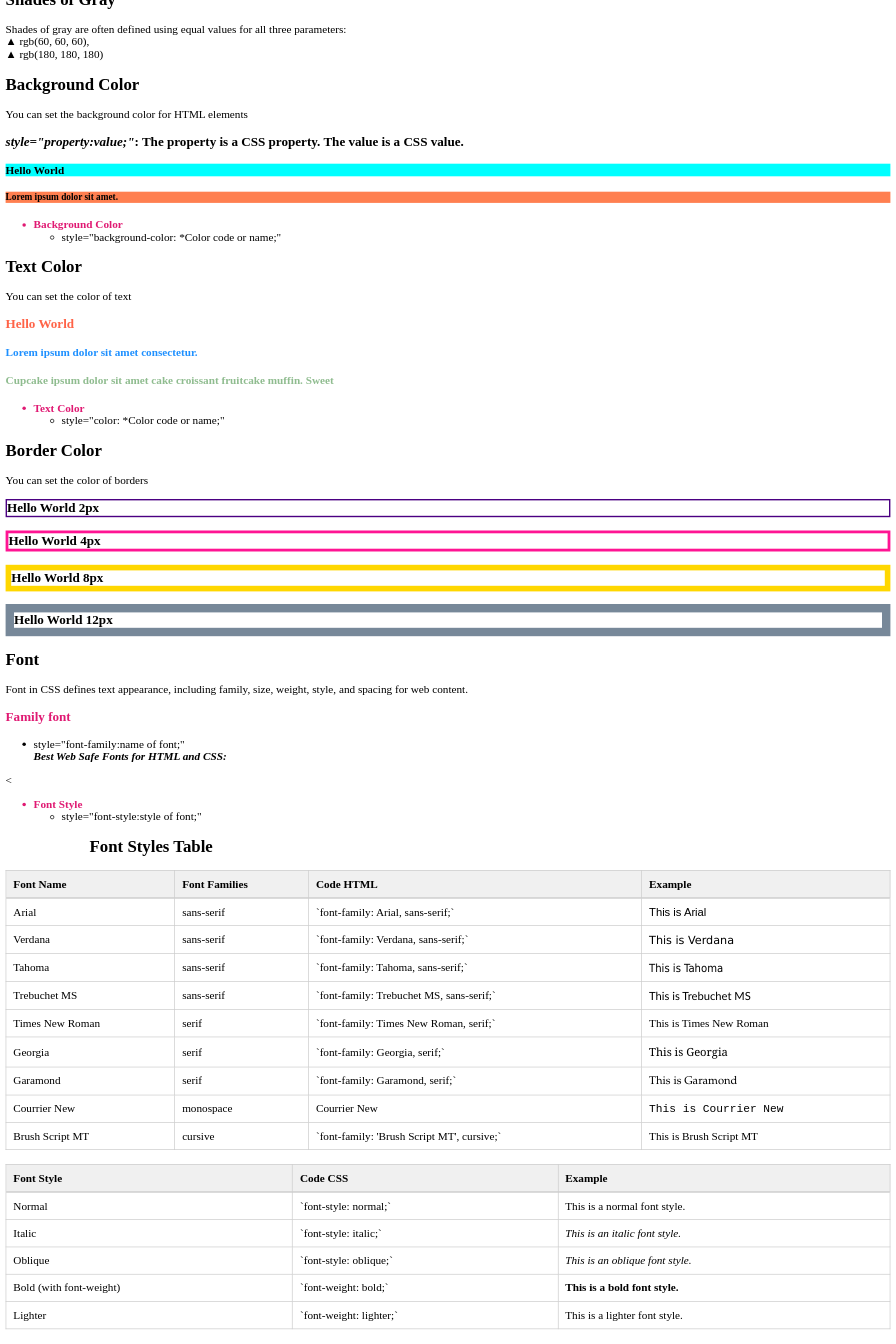
Repository: AnnaSpirit/2025_
Page: Bases/OK/HTML_Text_Formatting.html
The author's editor kept a copy of each file at every save. The page is drawn from the files as they stood at one save, then again after a run of saves.
The browser window is 1280 px wide. The pictures show the part of the page from y = 2097 to 4017 px (the page is 4017 px tall before and 3987 px after), at 70% of full size.

Above is the page before, as saved 2025-01-09 16:35:39.

### Bases/OK/HTML_Text_Formatting.html
<!DOCTYPE html>
<html lang="en">

<head>
    <meta charset="UTF-8">
    <meta name="viewport" content="width=device-width, initial-scale=1.0">
    <title>HTML Text Formatting</title>
    <a href="HTML_Colors.html"></a>
</head>

<body>
    <h1>HTML contains several elements for defining text with a special meaning.</h1>
    <a href="HTML_Colors.html">
        <h2>Go Back: HTML_Colors</h2></a>
    <p>
    <ul>
        <li style="color:red;"> b< - >Bold text &#61 Strong;
            <ul>
                <li style="color:black;"><b>Bold</b> text</li>
            </ul>
        </li><br>
        <li style="color:red;"> strong< - >Important text &#61 Bold
            <ul>
                <li style="color:black;"><strong>Important</strong> text</li>
            </ul>
        </li><br>
        <li style="color:red;"> i< - >Italic text &#61 Emphasized
            <ul>
                <li style="color:black;"><i>Italic</i> text</li>
            </ul>
        </li><br>

        <li style="color:red;">em< - >Emphasized text &#61 Italic
            <ul>
                <li style="color:black;"><em>Emphasized</em> text</li>
            </ul>
        </li><br>
        <li style="color:red;"> u< - >Underlined text &#61 Inserted
            <ul>
                <li style="color:black;"><u>Underlined</u> text</li>
            </ul><br>
        <li style="color:red;">ins< - >Inserted text &#61 Underlined
            <ul>
                <li style="color:black;"><ins>Inserted</ins> text</li>
            </ul><br>
        <li style="color:red;">small< - >Smaller text
            <ul>
                <li style="color:black;"><small>Smaller</small> text</li>
            </ul>
        </li><br>
        <li style="color:red;">del< - >Deleted text &#61 Strikethrough
            <ul>
                <li style="color:black;"><del>Deleted</del> text</li>
            </ul>
        </li><br>
        <li style="color:red;">s< - >strikethrough text &#61 Deleted
            <ul>
                <li style="color:black;"><s>strikethrough</s> text</li>
            </ul>
        </li><br>
        <li style="color:red;"> mark< - >Marked text (Highlighted in yellow)
            <ul>
                <li style="color:black;"><mark>Marked</mark> text</li>
            </ul>
        </li><br>
        <li style="color:red;">sub< - >Subscript text
            <ul>
                <li style="color:black;"><sub>Subscript</sub> text</li>
            </ul>
        </li><br>
        <li style="color:red;">sup< - >Superscript text
            <ul>
                <li style="color:black;"><sup>Superscript</sup> text</li>
            </ul>
        </li>
    </ul>
    </p>
    <hr>
    <p>
    <h1>HTML Quotation and Citation Elements</h1>
    <h3>In this chapter we will go through the blockquote>,q>, abbr>, address>, cite>, and bdo> HTML elements.</h3>
    <ul>
        <li style="color:rgb(49, 169, 49);"> HTML blockquote> for Quotations
            <ul>
                <li style="color: black;">
                    <blockquote cite=" http://www.worldwildlife.org/who/index.html">For 60 years,...</blockquote>
                </li><br>
            </ul>
        <li style="color:rgb(49, 169, 49);"> HTML q> for Short Quotations
            <ul>
                <li style="color: black;"> WWF's goal is to: <q><em>Build a future where people live in harmony with
                            nature.</em></q></li>
            </ul>
        </li><br>
        <li style=" color:rgb(49, 169, 49);">HTML abbr> for Abbreviations
            <ul>
                <li style="color: black;">
                    <p>The <abbr title="World Health Organization">WHO</abbr> was founded in 1948.</p>
                </li>
            </ul>
        </li><br>
        <li style=" color:rgb(49, 169, 49);">HTML address> for Contact Information
            <ul>
                <li style="color: black;">
                    <address>
                        Written by John Doe.<br>
                        Visit us at:<br>
                        Example.com<br>
                        Box 564, Disneyland<br>
                        USA
                    </address>
                </li>
            </ul>
        </li><br>
        <li style=" color:rgb(49, 169, 49);">HTML cite> for Work Title
            <ul>
                <li style="color: black;">
                    <p><cite>The Scream</cite> by Edvard Munch. Painted in 1893.</p>
                </li>
            </ul>
        </li><br>
        <li style=" color:rgb(49, 169, 49);">HTML bdo> for Bi-Directional Override
            <ul>
                <li style="color: black;"><bdo dir="rtl">This text will be written from right to
                        left.</bdo><mark>||</mark>This text will be written from right to left.<br>
                    specific for <b>HEBREW</b> for example</li> <bdo dir="ltr">Left to Right</bdo>=
                LTR<mark>||</mark><bdo dir="rtl">Right to Left</bdo> = RTL
            </ul>
        </li>
    </ul>
    </h1>
    </p>
    <hr>
    <p>
    <h1>HTML_Colors</h1>
    <p>HTML colors are specified with predefined color names, or with RGB, HEX, HSL, RGBA, or HSLA values.</p>
    <a href="HTML_Colors.html">
        <h2>Colors Names</h2>
    </a>
    <p>In HTML, a color can be specified by using a color name</p>

    <h2>Color Values</h2>

    <p>In HTML, colors can also be specified using <b>RGB</b><sub> (value represents RED, GREEN, and BLUE light
            sources)</sub>, <b>HEX</b><sub>(hexadecimal color is specified with: #RRGGBB, where the RR (red), GG (green)
            and BB (blue) hexadecimal integers specify the components of the color.)</sub>, <b>HSL</b><sub> (stands for
            hue, saturation, and lightness.)</sub>, <b>RGBA</b><sub> (value is an extension of RGB with an Alpha channel
            (opacity)).</sub> and <b>HSLA</b><sub> (values are an extension of HSL with an Alpha channel
            (opacity)).</sub><br>

    <p>The following three elements have their background color set with RGB, HEX, and HSL values.<br>
    <h5>Ultramarine Blue</h5>
    <ul>
        <li style="background-color:rgb(77,106,255);">
            <h5>RGB (77,106,255)</h5>
        </li>
        <li style="background-color:#4D6AFF;">
            <h5>HEX #4D6AFF</h5>
        </li>
        <li style="background-color:HSL(230, 100%, 65%);">
            <h5>HSL (230, 100%, 65%)</h5>
        </li>
    </ul>
    <p>The following two elements have their background color set with RGBA and HSLA values, which add an Alpha channel
        to the color (here we have 50% and 20% transparency)</p>
    <ul>
        <li style="background-color:rgba(77,106,255, 0.5);">
            <h5>RGBA (77,106,255, 0.5) </h5>
        </li>
        <li style="background-color:HSL(230, 100%, 65%, 0.2);">
            <h5>HSLA (230, 100%, 65%, 0.2) </h5>
        </li>
    </ul>
    </p>
    <h2>Shades of Gray</h2>
    <p>Shades of gray are often defined using equal values for all three parameters: <br>
        &#9650; rgb(60, 60, 60),<br>
        &#9650; rgb(180, 180, 180)</p>

    <h2>Background Color</h2>

    <p>You can set the background color for HTML elements <br>
    <h3><em>style="property:value;"</em>: The property is a CSS property. The value is a CSS value.</h3>
    <h4 style="background-color:cyan;">Hello World</h4>
    <h5 style="background-color:Coral;">Lorem ipsum dolor sit amet.</h5>
    <ul>
        <li style="color:rgb(224, 26, 115);"><b>Background Color</b></li>
        <ul>
            <li>style="background-color: *Color code or name;"</li>
        </ul></ul>
    </p>

    <h2>Text Color</h2>

    <p>You can set the color of text <br>
    <h3 style="color:Tomato;">Hello World</h3>
    <h4 style="color:DodgerBlue;">Lorem ipsum dolor sit amet consectetur.</h4>
    <h4 style="color:DarkSeaGreen;">Cupcake ipsum dolor sit amet cake croissant fruitcake muffin. Sweet</h4>
    <ul>
        <li style="color:rgb(224, 26, 115);"><b>Text Color</b></li>
    <ul>
        <li>style="color: *Color code or name;"</li>
    </ul></ul>
    </p>

    <h2>Border Color</h2>

    <p>You can set the color of borders <br>
    <h3 style="border:2px solid indigo;">Hello World 2px</h3>
    <h3 style="border:4px solid DeepPink;">Hello World 4px</h3>
    <h3 style="border:8px solid Gold;">Hello World 8px</h3>
    <h3 style="border:12px solid LightSlateGrey;">Hello World 12px</h3>
    </p>

    <h2>Font</h2>

    <p>Font in CSS defines text appearance, including family, size, weight, style, and spacing for web content.<br>
        <h3 style="color:rgb(224, 26, 115);">Family font</font></h3>
    <ul>
        <li>style="font-family:name of font;"<br><em><b>Best Web Safe Fonts for HTML and CSS: </em></b></li>
    </ul>

    <table style="width: 100%; border-collapse: collapse; text-align: left; margin: 20px 0;">
        <thead>
            <tr style="background-color: #f0f0f0; border-bottom: 2px solid #ccc;">
                <th style="padding: 10px; border: 1px solid #ccc;">Font Name</th>
                <th style="padding: 10px; border: 1px solid #ccc;">Font Families</th>
                <th style="padding: 10px; border: 1px solid #ccc;">Code HTML</th>
                <th style="padding: 10px; border: 1px solid #ccc;">Example</th>
            </tr>
        </thead>
        <tbody>
            <tr>
                <td style="padding: 10px; border: 1px solid #ccc;">Arial</td>
                <td style="padding: 10px; border: 1px solid #ccc;">sans-serif</td>
                <td style="padding: 10px; border: 1px solid #ccc;">`font-family: Arial, sans-serif;`</td>
                <td style="padding: 10px; border: 1px solid #ccc; font-family: Arial, sans-serif;">This is Arial</td>
            </tr>
            <tr>
                <td style="padding: 10px; border: 1px solid #ccc;">Verdana</td>
                <td style="padding: 10px; border: 1px solid #ccc;">sans-serif</td>
                <td style="padding: 10px; border: 1px solid #ccc;">`font-family: Verdana, sans-serif;`</td>
                <td style="padding: 10px; border: 1px solid #ccc; font-family: Verdana, sans-serif;">This is Verdana
                </td>
            </tr>
            <tr>
                <td style="padding: 10px; border: 1px solid #ccc;">Tahoma</td>
                <td style="padding: 10px; border: 1px solid #ccc;">sans-serif</td>
                <td style="padding: 10px; border: 1px solid #ccc;">`font-family: Tahoma, sans-serif;`</td>
                <td style="padding: 10px; border: 1px solid #ccc; font-family: Tahoma, sans-serif;">This is Tahoma</td>
            </tr>
            <tr>
                <td style="padding: 10px; border: 1px solid #ccc;">Trebuchet MS</td>
                <td style="padding: 10px; border: 1px solid #ccc;">sans-serif</td>
                <td style="padding: 10px; border: 1px solid #ccc;">`font-family: Trebuchet MS, sans-serif;`</td>
                <td style="padding: 10px; border: 1px solid #ccc; font-family: 'Trebuchet MS', sans-serif;">This is
                    Trebuchet MS</td>
            </tr>
            <tr>
                <td style="padding: 10px; border: 1px solid #ccc;">Times New Roman</td>
                <td style="padding: 10px; border: 1px solid #ccc;">serif</td>
                <td style="padding: 10px; border: 1px solid #ccc;">`font-family: Times New Roman, serif;`</td>
                <td style="padding: 10px; border: 1px solid #ccc; font-family: 'Times New Roman', serif;">This is Times
                    New Roman</td>
            </tr>
            <tr>
                <td style="padding: 10px; border: 1px solid #ccc;">Georgia</td>
                <td style="padding: 10px; border: 1px solid #ccc;">serif</td>
                <td style="padding: 10px; border: 1px solid #ccc;">`font-family: Georgia, serif;`</td>
                <td style="padding: 10px; border: 1px solid #ccc; font-family: Georgia, serif;">This is Georgia</td>
            </tr>
            <tr>
                <td style="padding: 10px; border: 1px solid #ccc;">Garamond</td>
                <td style="padding: 10px; border: 1px solid #ccc;">serif</td>
                <td style="padding: 10px; border: 1px solid #ccc;">`font-family: Garamond, serif;`</td>
                <td style="padding: 10px; border: 1px solid #ccc; font-family: Garamond, serif;">This is Garamond</td>
            </tr>
            <tr>
                <td style="padding: 10px; border: 1px solid #ccc;">Courrier New</td>
                <td style="padding: 10px; border: 1px solid #ccc;">monospace</td>
                <td style="padding: 10px; border: 1px solid #ccc;"><font-family>Courrier New</font-family>
                </td>
                <td style="padding: 10px; border: 1px solid #ccc; font-family:'Courier New', Courier, monospace";>This is Courrier New</td>
            </tr>
            <tr>
                <td style="padding: 10px; border: 1px solid #ccc;">Brush Script MT</td>
                <td style="padding: 10px; border: 1px solid #ccc;">cursive</td>
                <td style="padding: 10px; border: 1px solid #ccc;">`font-family: 'Brush Script MT', cursive;`</td>
                <td style="padding: 10px; border: 1px solid #ccc; font-family: 'Brush Script MT', cursive";>This is Brush Script MT</td>
            </tr><



</p>
    <ul>
        <li style="color:rgb(224, 26, 115);"><b>Font Style</b></li>
        <ul>
            <li>style="font-style:style of font;"</li>
            <ul>
<section>
    <h2>Font Styles Table</h2>
    <table style="width: 100%; border-collapse: collapse; text-align: left; margin: 20px 0;">
        <thead>
            <tr style="background-color: #f0f0f0; border-bottom: 2px solid #ccc;">
                <th style="padding: 10px; border: 1px solid #ccc;">Font Style</th>
                <th style="padding: 10px; border: 1px solid #ccc;">Code CSS</th>
                <th style="padding: 10px; border: 1px solid #ccc;">Example</th>
            </tr>
        </thead>
        <tbody>
            <tr>
                <td style="padding: 10px; border: 1px solid #ccc;">Normal</td>
                <td style="padding: 10px; border: 1px solid #ccc;">`font-style: normal;`</td>
                <td style="padding: 10px; border: 1px solid #ccc; font-style: normal;">This is a normal font style.</td>
            </tr>
            <tr>
                <td style="padding: 10px; border: 1px solid #ccc;">Italic</td>
                <td style="padding: 10px; border: 1px solid #ccc;">`font-style: italic;`</td>
                <td style="padding: 10px; border: 1px solid #ccc; font-style: italic;">This is an italic font style.
                </td>
            </tr>
            <tr>
                <td style="padding: 10px; border: 1px solid #ccc;">Oblique</td>
                <td style="padding: 10px; border: 1px solid #ccc;">`font-style: oblique;`</td>
                <td style="padding: 10px; border: 1px solid #ccc; font-style: oblique;">This is an oblique font style.
                </td>
            </tr>
            <tr>
                <td style="padding: 10px; border: 1px solid #ccc;">Bold (with font-weight)</td>
                <td style="padding: 10px; border: 1px solid #ccc;">`font-weight: bold;`</td>
                <td style="padding: 10px; border: 1px solid #ccc; font-weight: bold;">This is a bold font style.</td>
            </tr>
            <tr>
                <td style="padding: 10px; border: 1px solid #ccc;">Lighter</td>
                <td style="padding: 10px; border: 1px solid #ccc;">`font-weight: lighter;`</td>
                <td style="padding: 10px; border: 1px solid #ccc; font-weight: lighter;">This is a lighter font style.
                </td>
            </tr>
        </tbody>
    </table>
</section>

</li>
            </ul>
        </ul>
    </p>
    </p>
</body>

</html>

After the next 3 saves:
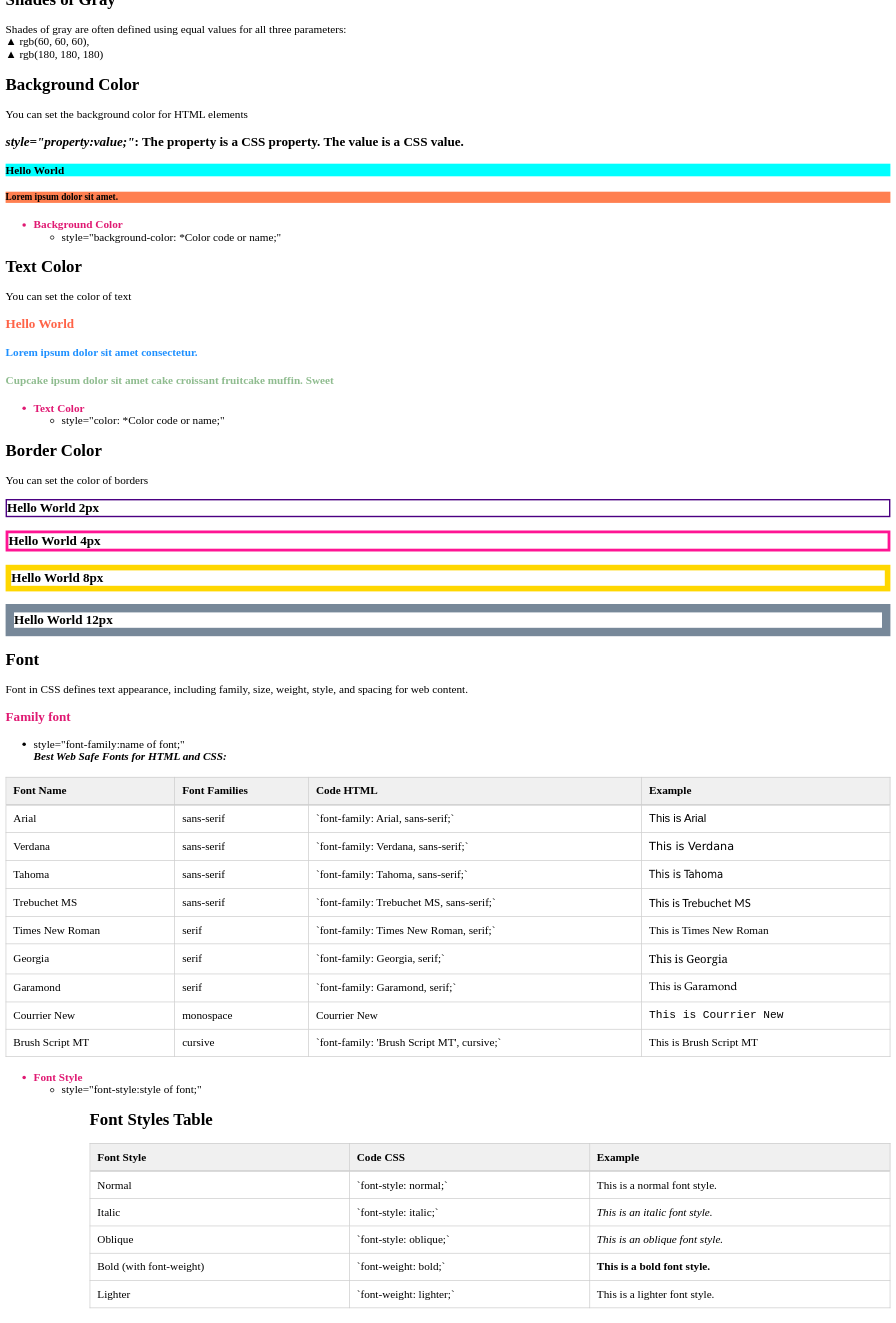
The 3 saves are shown as one change because they came seconds apart.
The last was saved 9 s later.
--- a/Bases/OK/HTML_Text_Formatting.html
+++ b/Bases/OK/HTML_Text_Formatting.html
@@ -287,7 +287,7 @@
                 <td style="padding: 10px; border: 1px solid #ccc;">cursive</td>
                 <td style="padding: 10px; border: 1px solid #ccc;">`font-family: 'Brush Script MT', cursive;`</td>
                 <td style="padding: 10px; border: 1px solid #ccc; font-family: 'Brush Script MT', cursive";>This is Brush Script MT</td>
-            </tr><
+            </tr></tbody></table>
 
 
 
